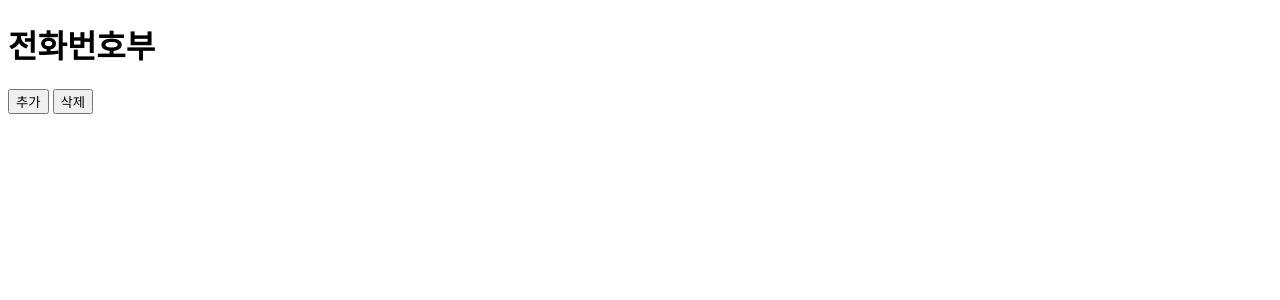
Repository: limjh0513/DGSW_JAVA
Page: 2학기/JAVA_WEB/web/src/main/webapp/phoneBook/phoneBook.html
The author's editor kept a copy of each file at every save. The page is drawn from the files as they stood at one save, then again after the next save.
The browser window is 1280 px wide. The pictures show the whole page.

Above is the page before, as saved 2021-11-03 02:03:29.

### 2학기/JAVA_WEB/web/src/main/webapp/phoneBook/phoneBook.html
<!DOCTYPE html>
<html>
<head>
<meta charset="EUC-KR">
<title>전화번호부</title>
</head>
<body>
	<div class="main">
		<h1>전화번호부</h1>
		<div>
			<button>추가</button>
			<button>삭제</button>
		</div>
	</div>
</body>
</html>

After the next save:
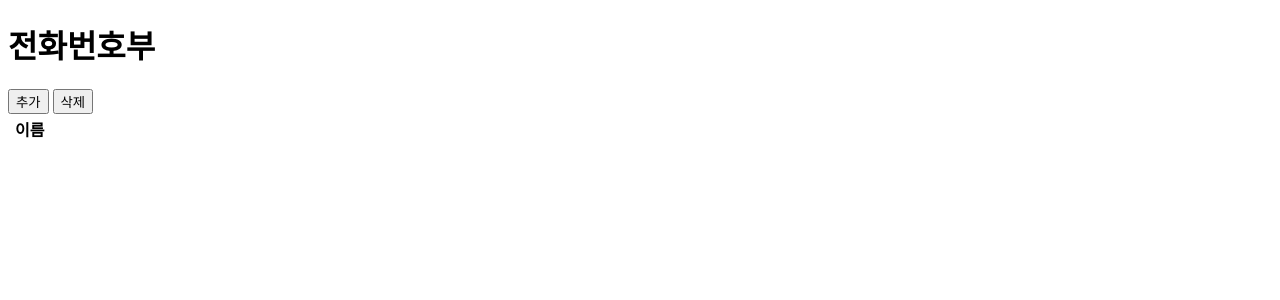
Saved 80 s later.
--- a/2학기/JAVA_WEB/web/src/main/webapp/phoneBook/phoneBook.html
+++ b/2학기/JAVA_WEB/web/src/main/webapp/phoneBook/phoneBook.html
@@ -11,6 +11,14 @@
 			<button>추가</button>
 			<button>삭제</button>
 		</div>
+
+		<table>
+		<thead>
+		<tr>
+		<th></th>
+		<th>이름</th>
+		</thead>
+		</table>
 	</div>
 </body>
 </html>
